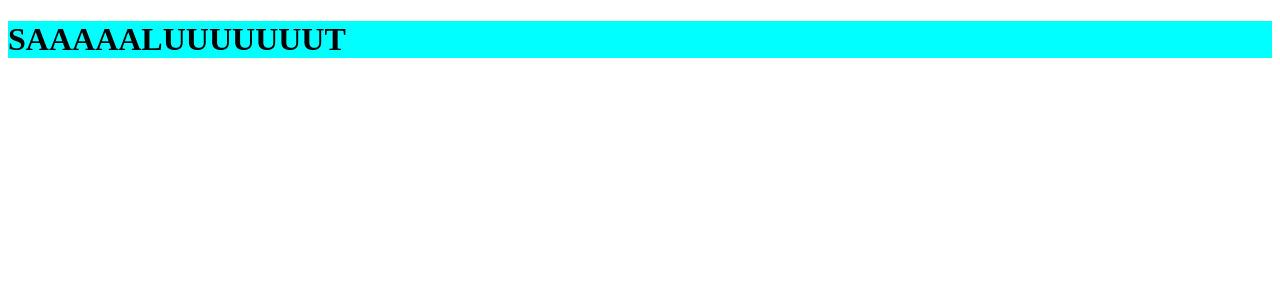
Repository: Yghlis/Wouf
Page: src/ash.html
These files come from the project's save history. The page is drawn as it stood at one moment and after the next save; the edit follows.
The browser window is 1280 px wide. The pictures show the whole page.

Above is the page before, as saved 2024-04-26 10:44:56.

After the next save:
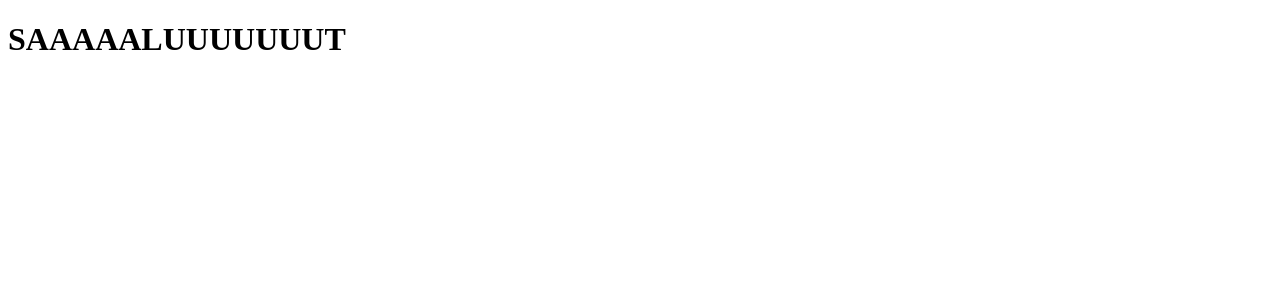
Saved 66 s later.
--- a/src/ash.html
+++ b/src/ash.html
@@ -5,9 +5,17 @@
     <meta name="viewport" content="width=device-width, initial-scale=1.0">
     <title>Document</title>
     <style>
-        .container {
-            background-color: aqua;
-        }
+     /* logo */
+
+position: absolute;
+width: 446px;
+height: 103px;
+left: 58px;
+top: 61px;
+
+background: #2D52F1;
+border-radius: 5px;
+
     </style>
 </head>
 <body>

After the save that followed:
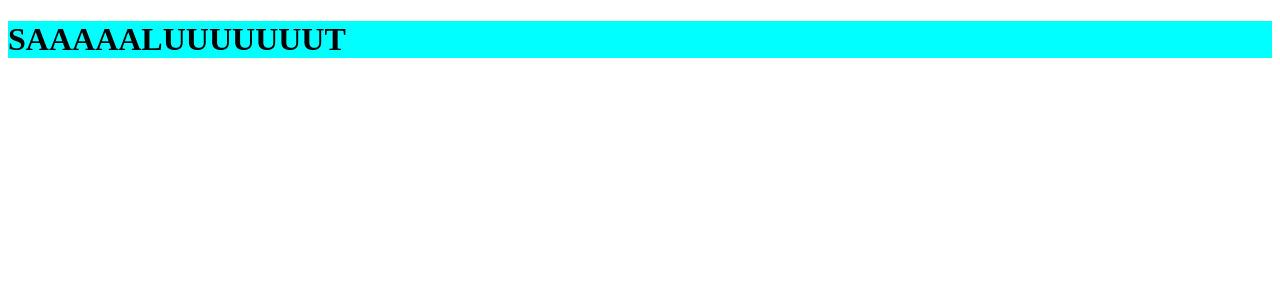
Saved 6 s later.
--- a/src/ash.html
+++ b/src/ash.html
@@ -5,17 +5,9 @@
     <meta name="viewport" content="width=device-width, initial-scale=1.0">
     <title>Document</title>
     <style>
-     /* logo */
-
-position: absolute;
-width: 446px;
-height: 103px;
-left: 58px;
-top: 61px;
-
-background: #2D52F1;
-border-radius: 5px;
-
+        .container {
+            background-color: aqua;
+        }
     </style>
 </head>
 <body>
